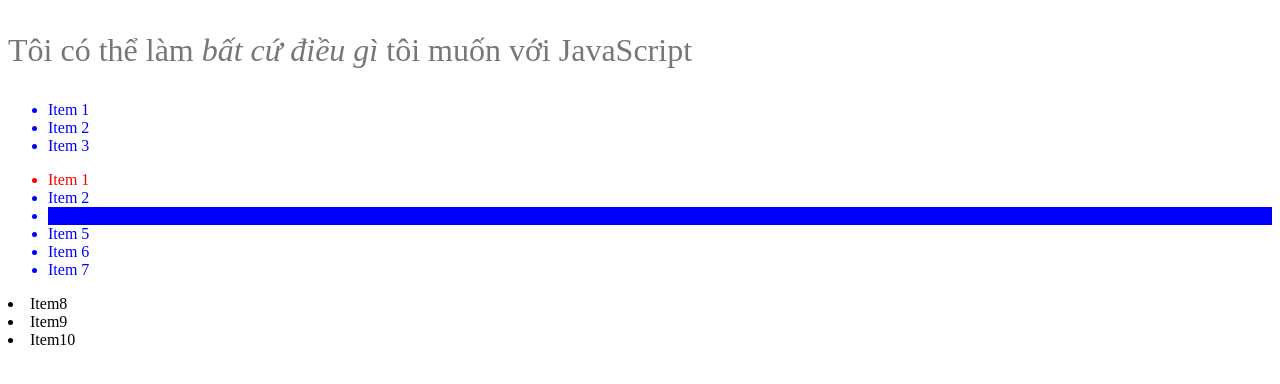
Repository: khanhnahk306/khanhnahk.github.io
Page: DOM/index.html
The author's editor kept a copy of each file at every save. The page is drawn from the files as they stood at one save, then again after a run of saves.
The browser window is 1280 px wide. The pictures show the whole page.

Above is the page before, as saved 2022-06-03 14:07:28.

### DOM/index.html
<!DOCTYPE html>
<html lang="en">
  <head>
    <meta charset="UTF-8" />
    <meta http-equiv="X-UA-Compatible" content="IE=edge" />
    <meta name="viewport" content="width=device-width, initial-scale=1.0" />
    <title>DOM</title>
  </head>
  <body>
    <p id="text">
      Mặt khác, các phần tử DOM đều là các node trên cây cấu trúc DOM
    </p>

    <ul>
      <li>Item 1</li>
      <li>Item 2</li>
      <li>Item 3</li>
    </ul>

    <ul id="list">
      <li id="1">Item 1</li>
      <li>Item 2</li>
      <li id="3">Item 3</li>
      <li id="4">Item 4</li>
      <li>Item 5</li>
      <li>Item 6</li>
      <li>Item 7</li>
    </ul>

    <script>
      let p = document.getElementById("text");
      p.style.color = "#777";
      p.style.fontSize = "2rem";
      p.innerHTML =
        "Tôi có thể làm <em> bất cứ điều gì </em> tôi muốn với JavaScript";

      const para = document.querySelectorAll("li");
      console.log(para);
      for (let i = 0; i < para.length; i++) {
        para[i].style.color = "blue";
      }

      const para1 = document.createElement("li");
      para1.innerText = "Item8";
      document.body.appendChild(para1);
      const para2 = document.createElement("li");
      para2.innerText = "Item9";
      document.body.appendChild(para2);
      const para3 = document.createElement("li");
      para3.innerText = "Item10";
      document.body.appendChild(para3);

      let li = document.getElementById("1");
      li.style.color = "red";
      let li3 = document.getElementById("3");
      li3.style.background = "blue";
      const li4 = document.getElementById("4");
      const list = document.getElementById("list");
      list.removeChild(li4);

      const para4 = document.createElement("li");
    </script>
  </body>
</html>

After the next 9 saves:
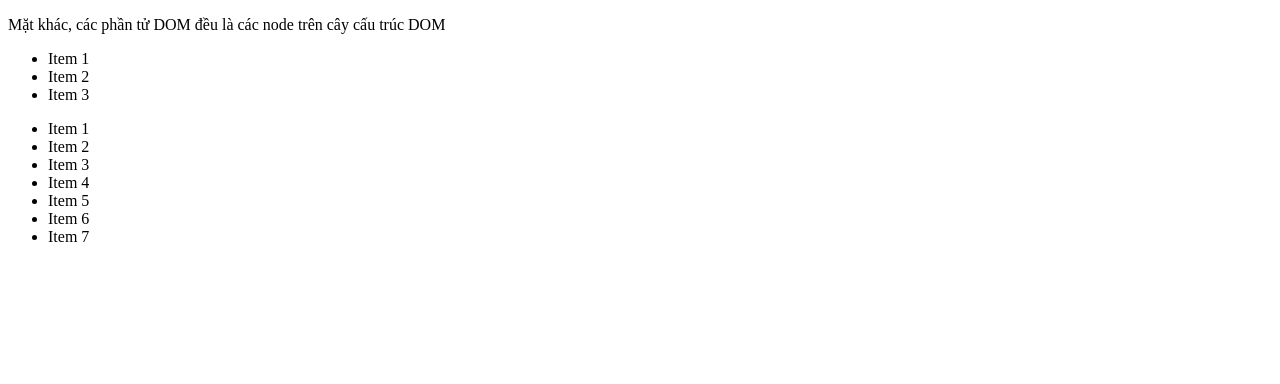
Console error: SyntaxError: Unexpected end of input
The 9 saves are shown as one change because they came seconds apart.
The last was saved 28 s later.
--- a/DOM/index.html
+++ b/DOM/index.html
@@ -59,6 +59,9 @@
       list.removeChild(li4);
 
       const para4 = document.createElement("li");
+      para4.innerText = "a";
+
+      const
     </script>
   </body>
 </html>

After the 6 saves that followed:
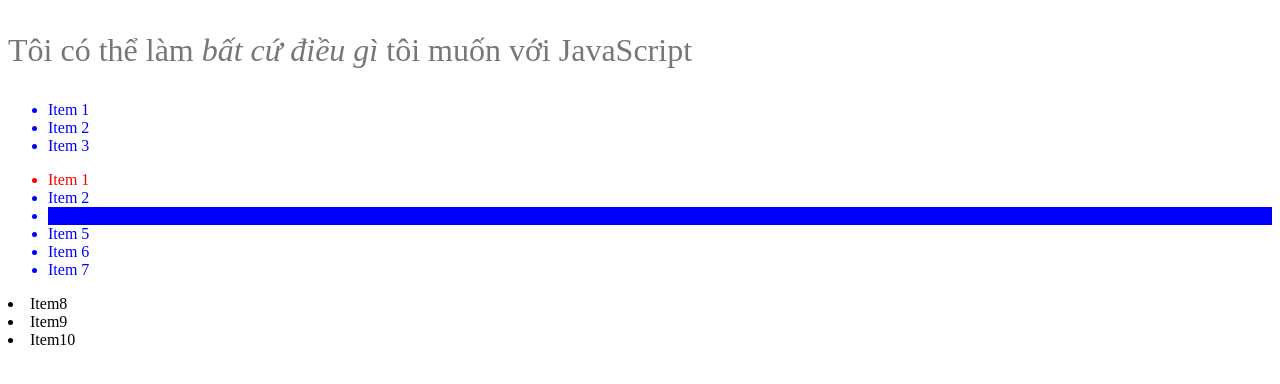
The error is gone.
The 6 saves are shown as one change because 1 left the picture as it was and some came seconds apart.
The last was saved 17 s later.
--- a/DOM/index.html
+++ b/DOM/index.html
@@ -61,7 +61,7 @@
       const para4 = document.createElement("li");
       para4.innerText = "a";
 
-      const
+      const lili = document.getElementById
     </script>
   </body>
 </html>
